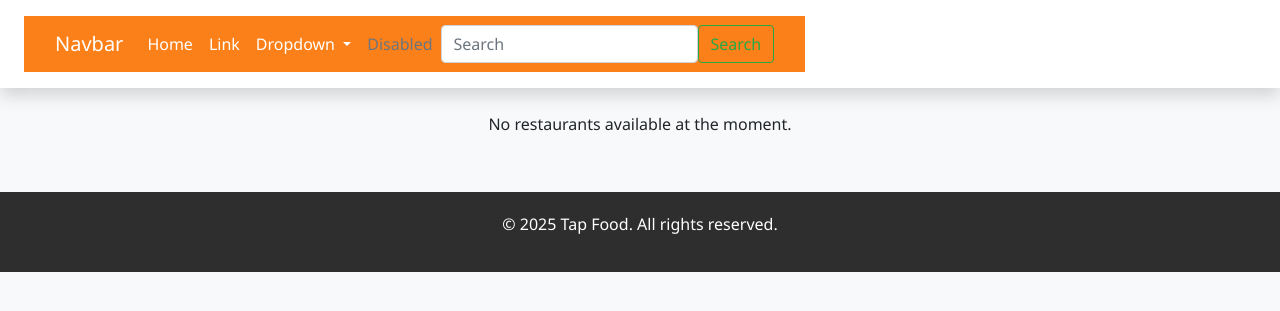
Repository: Rupeswarbhainsa777/Food-Web-App
Page: http://localhost/TapFoodApp/resturent.jsp
The author's editor kept a copy of each file at every save. The page is drawn from the files as they stood at one save, then again after the next save.
The browser window is 1280 px wide. The pictures show the whole page.
The page is served by Tomcat 10. Nobody is signed in. The application's start-up code is not run.

Above is the page before, as saved 2025-04-29 19:32:21.

After the next save:
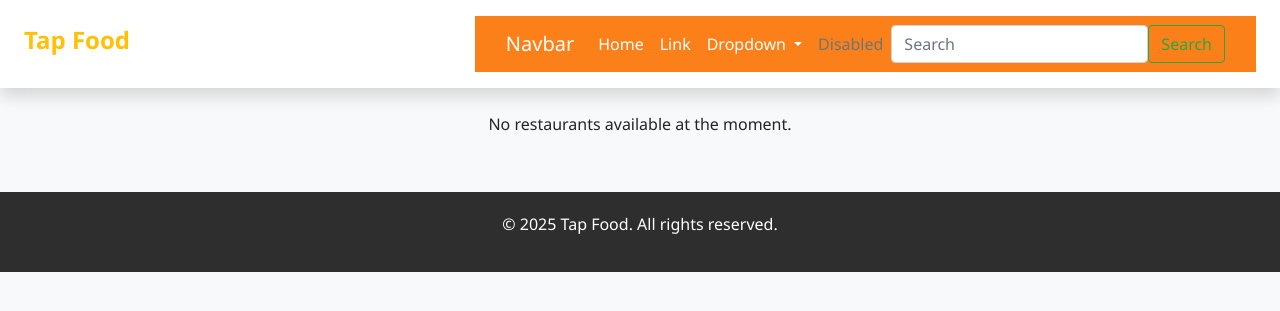
Saved 75 s later.
--- a/TapFoodApp/src/main/webapp/resturent.jsp
+++ b/TapFoodApp/src/main/webapp/resturent.jsp
@@ -78,7 +78,8 @@
 
 <!-- Header -->
 <header class="d-flex justify-content-between align-items-center px-4 py-3 shadow bg-white">
-    <nav class="navbar navbar-expand-lg bg-body-tertiary">
+    <div class="h4 text-warning font-weight-bold">Tap Food</div>
+   <nav class="navbar navbar-expand-lg bg-body-tertiary">
   <div class="container-fluid">
     <a class="navbar-brand" href="#">Navbar</a>
     <button class="navbar-toggler" type="button" data-bs-toggle="collapse" data-bs-target="#navbarSupportedContent" aria-controls="navbarSupportedContent" aria-expanded="false" aria-label="Toggle navigation">
